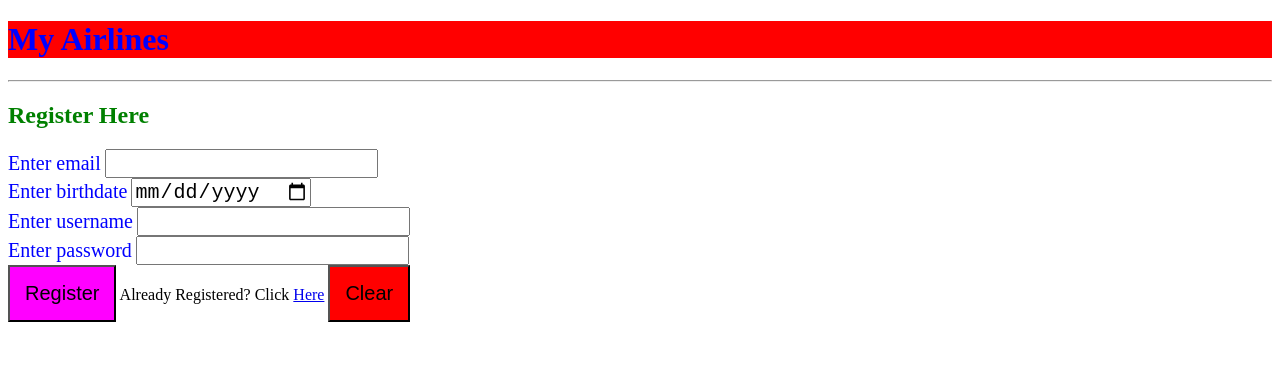
Repository: vishhaldawane/DS_WEB23
Page: MyWebProject/public/Register.html
An editor plug-in stored every save of this project. The page is shown before and after the next save, followed by the edit.
The browser window is 1280 px wide. The pictures show the whole page.

Above is the page before, as saved 2023-07-31 08:52:36.

### MyWebProject/public/Register.html
<!DOCTYPE html>
<html>

<head>
<meta charset="UTF-8">
	<title>Login here</title>
	<link rel="stylesheet" href="Login3.css">
</head>


	<body>
		<h1>My Airlines</h1>
		<hr>
		<h2>Register Here</h2>

		<form action="Login3.html">
			<label>Enter email</label> <input  type=text     name="ueamil"><br>
			<label>Enter birthdate</label> <input  type=date     name="udob"><br>

			<label>Enter username</label> <input  type=text     name="uname"><br>
			<label>Enter password</label> <input  type=password name="upass"><br>

			<button type="submit">Register</button>
			Already Registered? Click <a href="Login3.html">Here</a>

			<button style="background-color: red">Clear</button>
		</form>
	</body>

</html>

### MyWebProject/public/Login3.css
@charset "UTF-8";
		h1 {
			background-color:red;
			color: blue;
		}
		h2 {
			color: green;
		}
		label {
			color: blue;
			font-size: 20px;
		}
		input {
			color: black; font-size: 20px
		}
		button {
			padding: 15px; background-color: magenta; font-size: 20px
		}

After the next save:
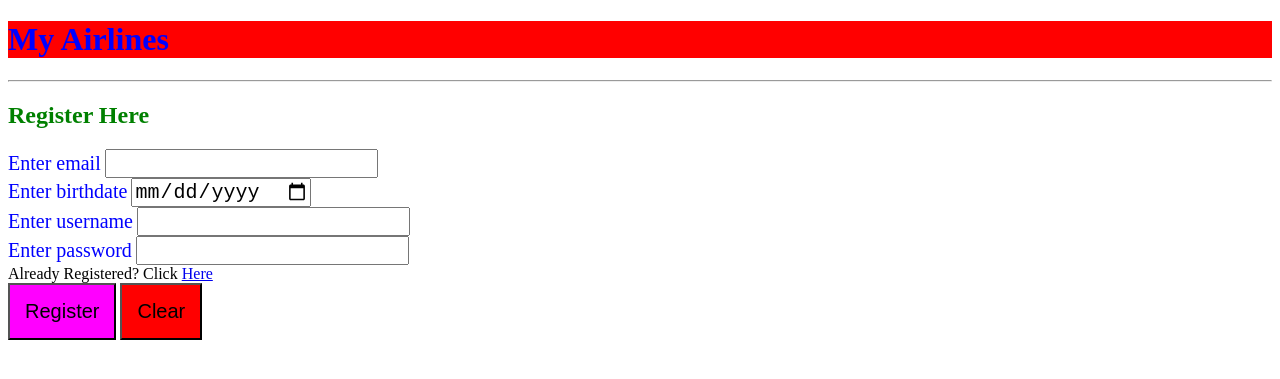
Saved 22 s later.
--- a/MyWebProject/public/Register.html
+++ b/MyWebProject/public/Register.html
@@ -20,8 +20,9 @@
 			<label>Enter username</label> <input  type=text     name="uname"><br>
 			<label>Enter password</label> <input  type=password name="upass"><br>
 
+			Already Registered? Click <a href="Login3.html">Here</a><br>
+
 			<button type="submit">Register</button>
-			Already Registered? Click <a href="Login3.html">Here</a>
 
 			<button style="background-color: red">Clear</button>
 		</form>
